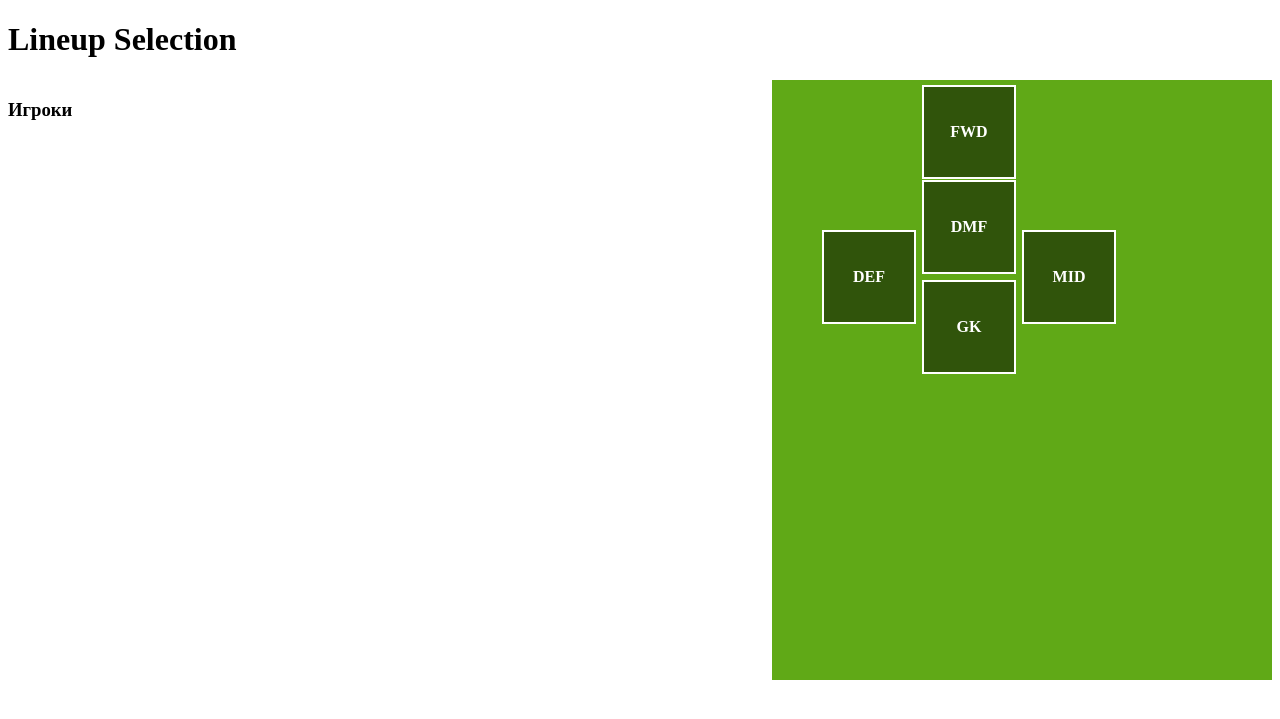
Repository: greatgreek73/soccergame
Page: http://localhost/lineup-selection/
An editor plug-in stored every save of this project. The page is shown before and after the next save, followed by the edit.
The browser window is 1280 px wide. The pictures show the whole page.
Some web libraries are served in a nearby version. The page is served by the project's application, run on Django 4.2 (manage.py). A made-up administrator, testuser (Test User, test@example.com), is signed in. Other server files are loaded and not shown. Queries for data that is not in the repository find no rows.

Above is the page before, as saved 2024-04-18 21:05:13.

### players/templates/lineup_selection.html
{% load static %}

<!DOCTYPE html>
<html>
<head>
    <title>Lineup Selection</title>
    <link rel="stylesheet" href="https://code.jquery.com/ui/1.12.1/themes/base/jquery-ui.css">
    <script src="https://code.jquery.com/jquery-3.6.0.min.js"></script>
    <script src="https://code.jquery.com/ui/1.12.1/jquery-ui.min.js"></script>
    <style>
        .content-wrapper {
            display: flex;
            justify-content: space-between;
        }
        #player-list {
            width: 30%; /* Задайте ширину списка игроков */
            margin-right: 5px; /* Уменьшенный отступ между списком игроков и полем */
        }
        #field {
            background-color: #60A917;
            width: 500px;
            height: 600px;
            position: relative;
        }
        .position {
            width: 90px;
            height: 90px;
            border: 2px solid #fff;
            position: absolute;
            display: flex;
            align-items: center;
            justify-content: center;
            color: white;
            font-weight: bold;
            background-color: rgba(0, 0, 0, 0.5); /* Небольшая прозрачность */
        }
    </style>
    <script>
        var lineup = []; // Инициализация массива состава на уровне глобальной переменной

        function loadInitialLineup() {
            $.ajax({
                url: '/get-lineup/',
                type: 'GET',
                success: function(response) {
                    lineup = response.lineup;
                    lineup.forEach(function(player) {
                        var playerElement = $('[data-player-id="' + player.player_id + '"]');
                        var positionElement = $('.position[data-position="' + player.position + '"]');
                        var playerClone = playerElement.clone().addClass('positioned-player').removeAttr('style');
                        positionElement.empty().append(playerClone);
                        playerElement.remove();
                        updateDraggable();
                    });
                },
                error: function(xhr, status, error) {
                    console.error('Error loading the lineup: ' + error);
                }
            });
        }

        function updateDraggable() {
            $('.positioned-player').draggable({
                revert: 'invalid',
                cursor: 'move',
                helper: 'clone',
                zIndex: 100
            });
        }

        $(document).ready(function() {
            loadInitialLineup();
            $('.player').draggable({
                revert: 'invalid',
                cursor: 'move',
                helper: 'clone',
                zIndex: 100
            });

            $('.position').droppable({
                accept: function(draggable) {
                    return true; // Теперь любой игрок может быть перетащен в любой слот
                },
                drop: function(event, ui) {
                    console.log("Игрок помещен в слот");
                    var droppedPlayer = ui.draggable;
                    var droppedPlayerId = droppedPlayer.data('player-id');
                    var position = $(this).data('position');  // Получаем позицию слота

                    // Удаление предыдущего игрока из этого слота, если он занят
                    if ($(this).find('.player').length) {
                        var positionedPlayerId = $(this).find('.player').data('player-id');
                        lineup = lineup.filter(item => item.player_id !== positionedPlayerId); // Удаление из массива
                    }

                    // Добавление нового игрока в массив lineup
                    lineup.push({player_id: droppedPlayerId, position: position});

                    // Клонирование и обновление DOM
                    var playerClone = droppedPlayer.clone().removeAttr('style').removeClass('ui-draggable').addClass('positioned-player');
                    $(this).empty().append(playerClone);
                    playerClone.draggable({
                        revert: 'invalid',
                        cursor: 'move',
                        helper: 'clone',
                        zIndex: 100
                    });

                    droppedPlayer.remove();
                    saveLineupAutomatically();  // Сохранение состава
                }
            });

            $('#player-list ul').droppable({
                accept: '.positioned-player',
                drop: function(event, ui) {
                    var droppedPlayer = ui.draggable;
                    var playerId = droppedPlayer.data('player-id');
                    lineup = lineup.filter(item => item.player_id !== playerId); // Update lineup
                    droppedPlayer.remove();
                    $(this).append(droppedPlayer);
                    droppedPlayer.draggable({
                        revert: 'invalid',
                        cursor: 'move',
                        helper: 'clone',
                        zIndex: 100
                    });
                    saveLineupAutomatically();
                }
            });

            function saveLineupAutomatically() {
                // Нет необходимости очищать массив, так как он уже глобальный и обновляется в других функциях
                $.ajax({
                    url: '/lineup/save/',
                    type: 'POST',
                    data: JSON.stringify({lineup: lineup}),
                    contentType: 'application/json',
                    success: function(response) {
                        console.log('Состав успешно сохранен автоматически');
                    },
                    error: function(xhr, status, error) {
                        console.error('Ошибка при автоматическом сохранении состава: ' + error);
                    }
                });
            }

            {% for position, player_id in selected_players.items %}
                var player = $('.player[data-player-id="{{ player_id }}"]');
                var playerClone = player.clone().removeAttr('style').removeClass('ui-draggable').addClass('positioned-player');
                playerClone.uniqueId();
                $('.position[data-position="{{ position }}"]').empty().append(playerClone);
                player.remove();

                playerClone.draggable({
                    revert: 'invalid',
                    cursor: 'move',
                    helper: 'clone',
                    zIndex: 100
                });
            {% endfor %}
        });
    </script>
</head>
<body>
    <h1>Lineup Selection</h1>
    <div class="content-wrapper"> <!-- Добавлен новый контейнер -->
        <div id="player-list">
            <h3>Игроки</h3>
            <ul>
                {% for player in players %}
                    <li class="player" data-player-id="{{ player.id }}" data-player-position="{{ player.position }}">
                        {{ player.last_name }} ({{ player.position }})
                    </li>
                {% endfor %}
            </ul>
        </div>

        <div id="field">
            <div class="position" data-position="GK" style="top: 200px; left: 150px;">GK</div>
            <div class="position" data-position="DEF" style="top: 150px; left: 50px;">DEF</div>
            <div class="position" data-position="MID" style="top: 150px; left: 250px;">MID</div>
            <div class="position" data-position="FWD" style="top: 5px; left: 150px;">FWD</div>
            <div class="position" data-position="DMF" style="top: 100px; left: 150px;">DMF</div>

        </div>
    </div>
</body>
</html>

### players/views.py
import scipy.stats as stats
from django.http import HttpResponseRedirect, JsonResponse
from django.shortcuts import render, redirect, get_object_or_404
from .models import Player, Club, Lineup, LineupPlayer
from faker import Faker
from django.contrib import messages
from .forms import UserRegisterForm, CreateClubForm, GeneratePlayerForm
from django.contrib.auth import authenticate, login
from django.contrib.auth.decorators import login_required
from match_engine.engine import simulate_match
from utils.player_stats_generator import PlayerStatsGenerator
from utils.config import TOTAL_POINTS, MAIN_STATS_RATIO, KEY_STAT_MULTIPLIERS, MAX_STAT_VALUE
import json
from django.views.decorators.csrf import csrf_exempt
import logging

# Настройка логгера
logger = logging.getLogger('newsoccergame')

fake = Faker()

STATS = [
    'strength', 'stamina', 'pace', 'marking', 'tackling', 'work_rate',
    'positioning', 'passing', 'crossing', 'dribbling', 'ball_control',
    'heading', 'finishing', 'long_range', 'vision', 'handling', 'reflexes',
    'aerial', 'jumping', 'command', 'throwing', 'kicking'
]

def index(request):
    return render(request, 'index.html')

def generate_player(request):
    if request.method == 'POST':
        form = GeneratePlayerForm(request.POST)
        if form.is_valid():
            position = form.cleaned_data['position']
            Player.objects.create(
                first_name=fake.first_name_male(),
                last_name=fake.last_name_male(),
                age=17,
                position=position
            )
            return HttpResponseRedirect('/generate/')
    else:
        form = GeneratePlayerForm()
    return render(request, 'generate_player.html', {'form': form})

def register(request):
    if request.method == 'POST':
        form = UserRegisterForm(request.POST)
        if form.is_valid():
            form.save()
            username = form.cleaned_data.get('username')
            messages.success(request, f'Your account has been created! You are now able to log in')
            return redirect('login')
    else:
        form = UserRegisterForm()
    return render(request, 'register.html', {'form': form})

def user_login(request):
    if request.method == 'POST':
        username = request.POST['username']
        password = request.POST['password']
        user = authenticate(request, username=username, password=password)
        if user is not None:
            login(request, user)
            try:
                club = Club.objects.get(user=user)
                return redirect('club_detail', club_id=club.id)
            except Club.DoesNotExist:
                return redirect('create_club')
        else:
            return render(request, 'login.html', {'error': 'Invalid credentials'})
    return render(request, 'login.html')

@login_required
def home(request):
    try:
        club = Club.objects.get(user=request.user)
        return redirect('club_detail', club_id=club.id)
    except Club.DoesNotExist:
        return redirect('create_club')

def club_detail(request, club_id):
    club = get_object_or_404(Club, id=club_id)
    context = {
        'club': club,
        'form': GeneratePlayerForm()
    }
    return render(request, 'club_detail.html', context)

def create_club(request):
    if request.method == 'POST':
        form = CreateClubForm(request.POST)
        if form.is_valid():
            existing_club = Club.objects.filter(user=request.user).first()
            if existing_club:
                return redirect('club_detail', club_id=existing_club.id)

            new_club = Club.objects.create(
                user=request.user,
                name=form.cleaned_data['name'],
                country=form.cleaned_data['country']
            )
            return redirect('club_detail', club_id=new_club.id)
    else:
        form = CreateClubForm()
    return render(request, 'create_club.html', {'form': form})

def generate_player_for_club(request, club_id):
    try:
        club = Club.objects.get(id=club_id)
    except Club.DoesNotExist:
        return redirect('home')

    if club.user != request.user:
        return redirect('home')

    if request.method == 'POST':
        form = GeneratePlayerForm(request.POST)
        if form.is_valid():
            position = form.cleaned_data['position']
            player_class = int(form.cleaned_data['player_class'])

            config = {
                'stats': STATS,
                'total_points': TOTAL_POINTS,
                'main_stats_ratio': MAIN_STATS_RATIO,
                'key_stat_multipliers': KEY_STAT_MULTIPLIERS,
                'max_stat_value': MAX_STAT_VALUE
            }
            generator = PlayerStatsGenerator(config)
            player_stats = generator.generate_stats(position, player_class)

            country_to_locale = {
                'USA': 'en_US',
                'Russia': 'ru_RU',
                'China': 'zh_CN',
                'Belgium': 'nl_BE',
                'New Zealand': 'en_NZ',
                'Austria': 'de_AT',
                'Brazil': 'pt_BR',
                'Greece': 'el_GR',
                'Argentina': 'es_AR',
                'Italy': 'it_IT',
                'Germany': 'de_DE',
            }

            print(f"Club country: {club.country}")
            locale = country_to_locale.get(club.country, 'en_US')
            print(f"Using locale: {locale}")

            fake = Faker(locale)

            while True:
                first_name = fake.first_name_male()
                last_name = fake.last_name_male()

                if not Player.objects.filter(first_name=first_name, last_name=last_name).exists():
                    break

            player = Player.objects.create(
                first_name=first_name,
                last_name=last_name,
                age=17,
                club=club,
                nationality=club.country,
                position=position,
                player_class=player_class,
                **player_stats
            )

            return redirect('club_detail', club_id=club.id)
    else:
        form = GeneratePlayerForm()

    context = {'form': form}
    return render(request, 'generate_player.html', context)

def player_detail(request, player_id):
    player = get_object_or_404(Player, id=player_id)
    context = {
        'player': player
    }
    return render(request, 'player_detail.html', context)

def start_match(request, club_id):
    club1 = get_object_or_404(Club, id=club_id)
    opponent_club_id = request.GET.get('opponent_club_id')
    if opponent_club_id:
        try:
            club2 = get_object_or_404(Club, id=opponent_club_id)
        except Club.DoesNotExist:
            return render(request, 'error.html', {'error': 'Invalid opponent club'})

        lineup1 = Lineup.objects.filter(user=club1.user).last()
        lineup2 = Lineup.objects.filter(user=club2.user).last()

        if lineup1:
            players1 = [lp.player for lp in LineupPlayer.objects.filter(lineup=lineup1)]
        else:
            players1 = Player.objects.filter(club=club1)

        if lineup2:
            players2 = [lp.player for lp in LineupPlayer.objects.filter(lineup=lineup2)]
        else:
            players2 = Player.objects.filter(club=club2)

        winner, loser = simulate_match(players1, players2, club1, club2)

        winner_players = winner.players
        loser_players = loser.players

        context = {
            'club1': club1,
            'club2': club2,
            'winner_club': winner.club,
            'loser_club': loser.club,
            'winner_players': winner_players,
            'loser_players': loser_players,
        }

        return render(request, 'match.html', context)
    else:
        other_clubs = Club.objects.exclude(id=club_id)
        context = {
            'club': club1,
            'other_clubs': other_clubs,
        }
        return render(request, 'select_opponent.html', context)

def update_stadium(request, pk):
    club = get_object_or_404(Club, pk=pk)
    if request.method == 'POST':
        data = json.loads(request.body)
        club.stadium_name = data['stadium_name']
        club.save()
        return JsonResponse({'status': 'ok'})

def increase_capacity(request, pk):
    club = get_object_or_404(Club, pk=pk)
    if request.method == 'POST':
        club.stadium_capacity += 1000
        club.save()
        return JsonResponse({'stadium_capacity': club.stadium_capacity})

@login_required
def lineup_selection(request):
    players = Player.objects.filter(club__user=request.user)
    lineup = Lineup.objects.filter(user=request.user).last()
    if lineup:
        lineup_players = LineupPlayer.objects.filter(lineup=lineup)
        selected_players = {lp.position: lp.player.id for lp in lineup_players}
    else:
        selected_players = {}
    return render(request, 'lineup_selection.html', {'players': players, 'selected_players': selected_players})

@login_required
@csrf_exempt
def save_lineup(request):
    logger.debug("save_lineup called")  # Логирование вызова функции
    if request.method == 'POST':
        try:
            data = json.loads(request.body)
            logger.debug(f"Received lineup data: {data}")  # Логирование полученных данных

            lineup_data = data.get('lineup', [])
            user = request.user
            lineup = Lineup.objects.filter(user=user).last()

            if not lineup:
                lineup = Lineup.objects.create(user=user)

            # Удалить всех текущих игроков из лайнапа перед добавлением новых
            LineupPlayer.objects.filter(lineup=lineup).delete()

            # Добавить игроков из полученных данных
            for item in lineup_data:
                player_id = item.get('player_id')
                position = item.get('position')
                player = Player.objects.get(id=player_id)
                LineupPlayer.objects.create(lineup=lineup, player=player, position=position)

            logger.debug("Lineup saved successfully")  # Логирование успешного сохранения
            return JsonResponse({'status': 'success', 'message': 'Состав успешно сохранен'})
        except Exception as e:
            logger.error(f"Error saving lineup: {e}", exc_info=True)  # Логирование ошибок
            return JsonResponse({'error': 'Internal server error'}, status=500)
    else:
        logger.warning("Incorrect request method")  # Логирование некорректного метода запроса
        return JsonResponse({'status': 'error', 'message': 'Неверный метод запроса'}, status=400)

def get_lineup(request):
    lineup = LineupPlayer.objects.filter(lineup__user=request.user)  # Убедитесь, что данные фильтруются по текущему пользователю
    data = [{'player_id': player.player.id, 'position': player.position} for player in lineup]
    return JsonResponse({'lineup': data})

### newsoccergame/urls.py
from django.contrib import admin
from django.urls import path, include
from players import views as player_views
from django.contrib.auth import views as auth_views
from django.contrib.auth.views import LogoutView
from players.views import index


urlpatterns = [
    path('', index, name='index'),
    path('admin/', admin.site.urls),
    path('', include('players.urls')),
    path('generate/', player_views.generate_player, name='generate_player'),
    path('register/', player_views.register, name='register'),
    path('login/', auth_views.LoginView.as_view(template_name='login.html'), name='login'),
    path('logout/', LogoutView.as_view(next_page='index'), name='logout'),
    path('', player_views.home, name='home'),

]

### players/urls.py
from django.urls import path
from . import views
from players.views import index
from .views import lineup_selection

urlpatterns = [
    # ... другие маршруты ...
    path('generate/', views.generate_player, name='generate_player'),
    path('register/', views.register, name='register'),
    path('login/', views.user_login, name='login'),
    path('', views.home, name='home'),
    path('club/<int:club_id>/', views.club_detail, name='club_detail'),
    path('create_club/', views.create_club, name='create_club'),
    path('club/<int:club_id>/generate_player/', views.generate_player_for_club, name='generate_player_for_club'),
    path('player/<int:player_id>/', views.player_detail, name='player_detail'),
    path('', index, name='index'),
    path('match/<int:club1_id>/<int:club2_id>/', views.start_match, name='start_match'),
    path('match/<int:club_id>/', views.start_match, name='start_match'),
    path('clubs/<int:pk>/update_stadium/', views.update_stadium, name='update_stadium'),
    path('clubs/<int:pk>/increase_capacity/', views.increase_capacity, name='increase_capacity'),
    path('lineup-selection/', views.lineup_selection, name='lineup_selection'),
    path('lineup/save/', views.save_lineup, name='save_lineup'),
    path('get-lineup/', views.get_lineup, name='get_lineup'),
]

After the next save:
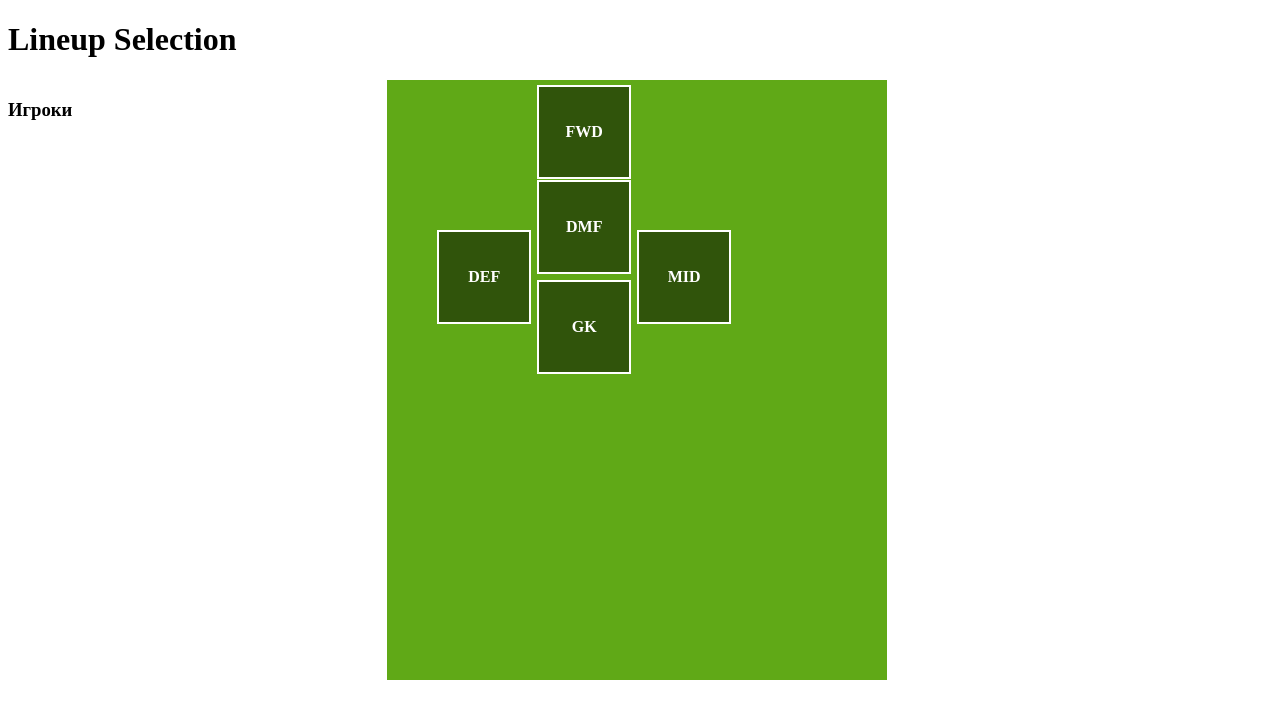
Saved 89 s later.
--- a/players/templates/lineup_selection.html
+++ b/players/templates/lineup_selection.html
@@ -10,11 +10,11 @@
     <style>
         .content-wrapper {
             display: flex;
-            justify-content: space-between;
+            justify-content: flex-start; /* Изменено для устранения лишнего пространства между элементами */
         }
         #player-list {
             width: 30%; /* Задайте ширину списка игроков */
-            margin-right: 5px; /* Уменьшенный отступ между списком игроков и полем */
+            margin-right: 0px; /* Отступ уменьшен до 0 */
         }
         #field {
             background-color: #60A917;
